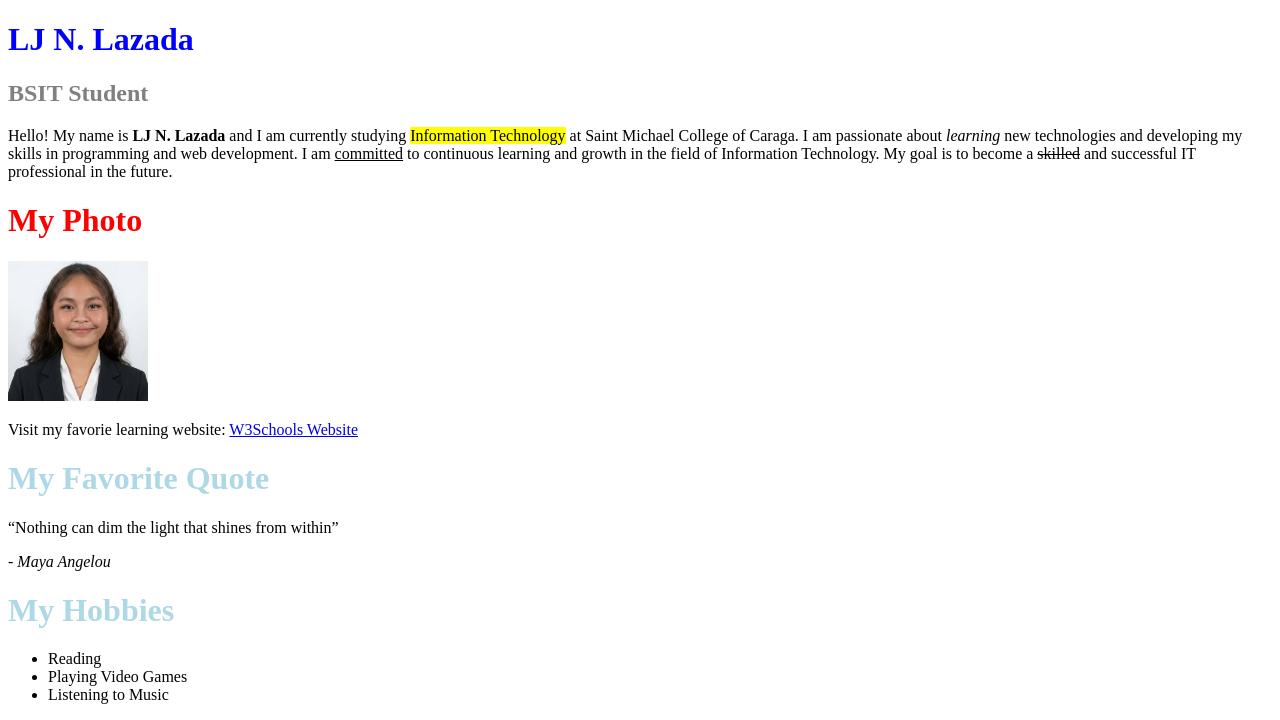
Repository: ljlazada11/myfirsthtml
Page: index.html
The author's editor kept a copy of each file at every save. The page is drawn from the files as they stood at one save, then again after the next save.
The browser window is 1280 px wide. The pictures show the whole page.

Above is the page before, as saved 2026-06-24 19:56:59.

### index.html
<!DOCTYPE html>
<html lang="en">
<head>
    <meta charset="UTF-8">
    <meta name="viewport" content="width=device-width, initial-scale=1.0">
    <title>My Personal Web Profile</title>
    <link rel="icon" type="image/x-icon" href="images.png">

</head>
<body>
    <h1 style="color:blue;">LJ N. Lazada</h1>
    <h2 style="color:gray;">BSIT Student</h2>
    <p>Hello! My name is <strong>LJ N. Lazada</strong> and I am currently studying <mark>Information Technology</mark> at Saint Michael College of Caraga. I am passionate about <i>learning</i> new technologies and developing my skills in programming and web development. I am <ins>committed</ins> to continuous learning and growth in the field of Information Technology. My goal is to become a <del>skilled</del> and successful IT professional in the future.</p>
</body>
    <h1 style="color:red;">My Photo</h1>
    <img src="pic.jpg" alt="My	Profile	Picture" width="140" height="140">
    <p> Visit my favorie learning website: <a href="https://www.w3schools.com/html/default.asp" target="_blank">W3Schools	Website</a></p>

<body>
    <h1 style="color:lightblue;">My Favorite Quote</h1>
    <p><q>Nothing can dim the light that shines from within</q></p>
    <p><cite>- Maya Angelou</cite></p>
</body>
<body>
    <h1 style="color:lightblue;">My Hobbies</h1>
    <ul>
        <li>Reading</li>
        <li>Playing Video Games</li>
        <li>Listening to Music</li>
    </ul>
</body>


</html>

After the next save:
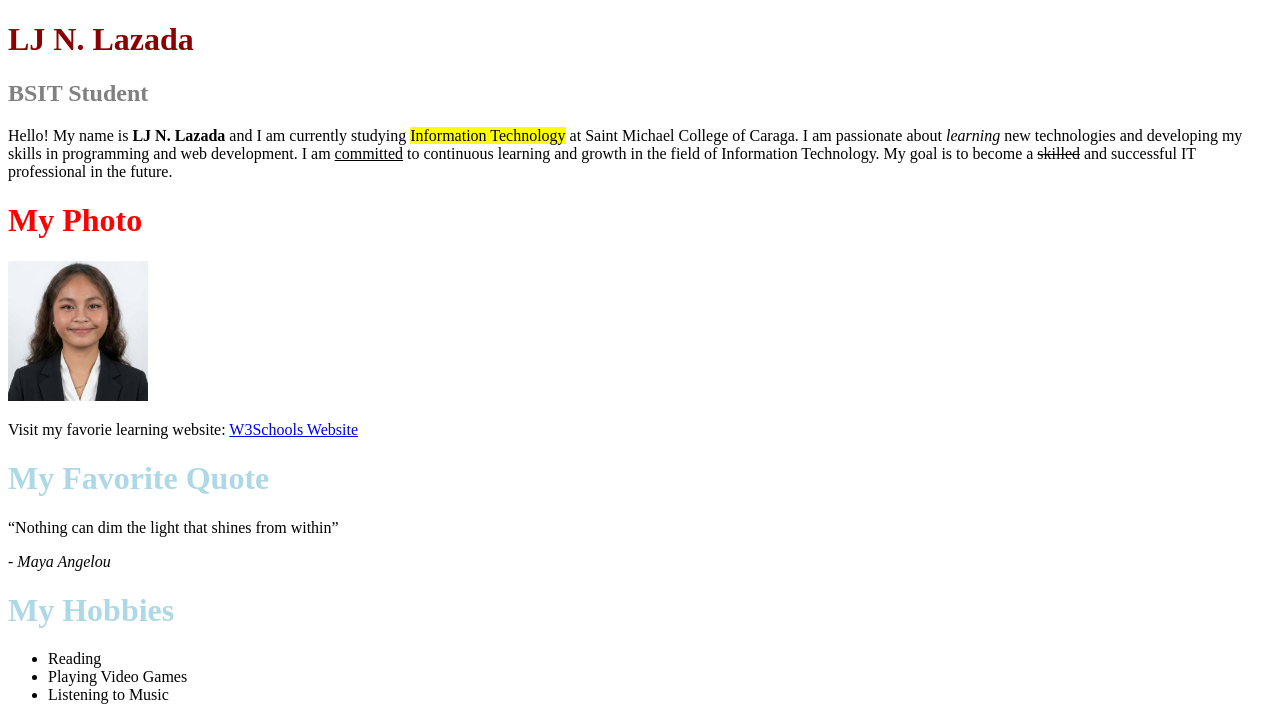
Saved 42 s later.
--- a/index.html
+++ b/index.html
@@ -8,7 +8,7 @@
 
 </head>
 <body>
-    <h1 style="color:blue;">LJ N. Lazada</h1>
+    <h1 style="color:darkred;">LJ N. Lazada</h1>
     <h2 style="color:gray;">BSIT Student</h2>
     <p>Hello! My name is <strong>LJ N. Lazada</strong> and I am currently studying <mark>Information Technology</mark> at Saint Michael College of Caraga. I am passionate about <i>learning</i> new technologies and developing my skills in programming and web development. I am <ins>committed</ins> to continuous learning and growth in the field of Information Technology. My goal is to become a <del>skilled</del> and successful IT professional in the future.</p>
 </body>
